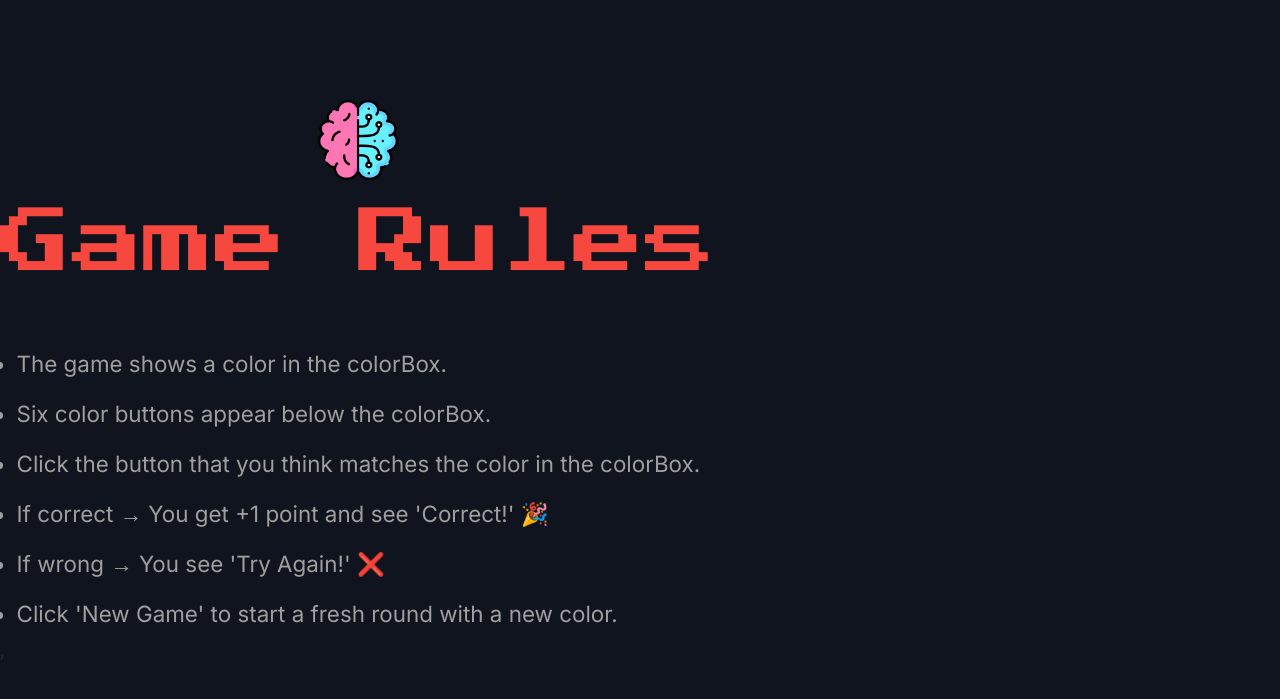
Repository: Shenixo/Color_match_game
Page: /rules
An editor plug-in stored every save of this project. The page is shown before and after a run of saves, followed by the edit.
The browser window is 1280 px wide. The pictures show the whole page.
The project was rebuilt for these pictures with package versions that can differ from the ones it lists, and the page was loaded fresh each time. Also part of the build but not shown: vite.config.js, src/Components/Tab/Tab.css, src/Components/Tab/Tab.jsx, src/Pages/Home/Home.jsx, src/Pages/Sound/Sound.jsx.

Above is the page before, as saved 2025-02-03 07:10:14.

After the next 2 saves:
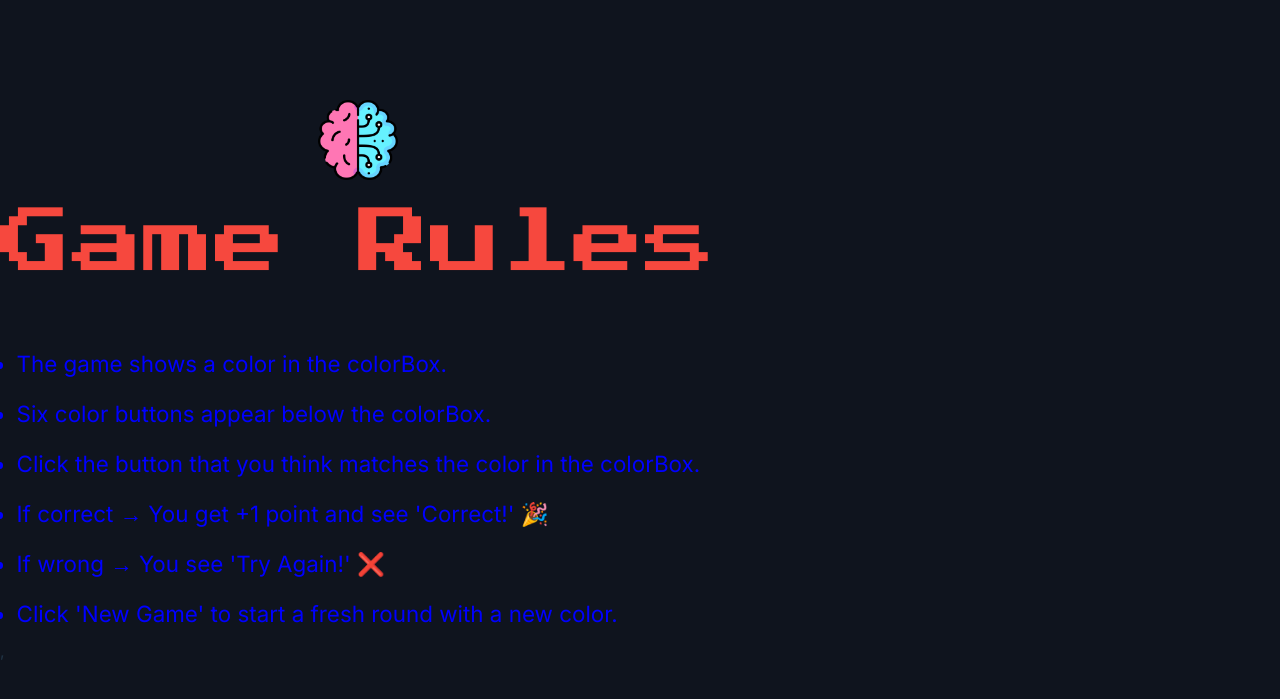
The 2 saves are shown as one change because they came seconds apart.
The last was saved 7 s later.
--- a/src/Pages/Rules/Rules.css
+++ b/src/Pages/Rules/Rules.css
@@ -1,7 +1,7 @@
 .rules{
     color: rgb(160, 159, 159);
     font-size: 1.4rem;
-    color
+    color: blue;
 }
 .rules li{
     line-height: 50px;
